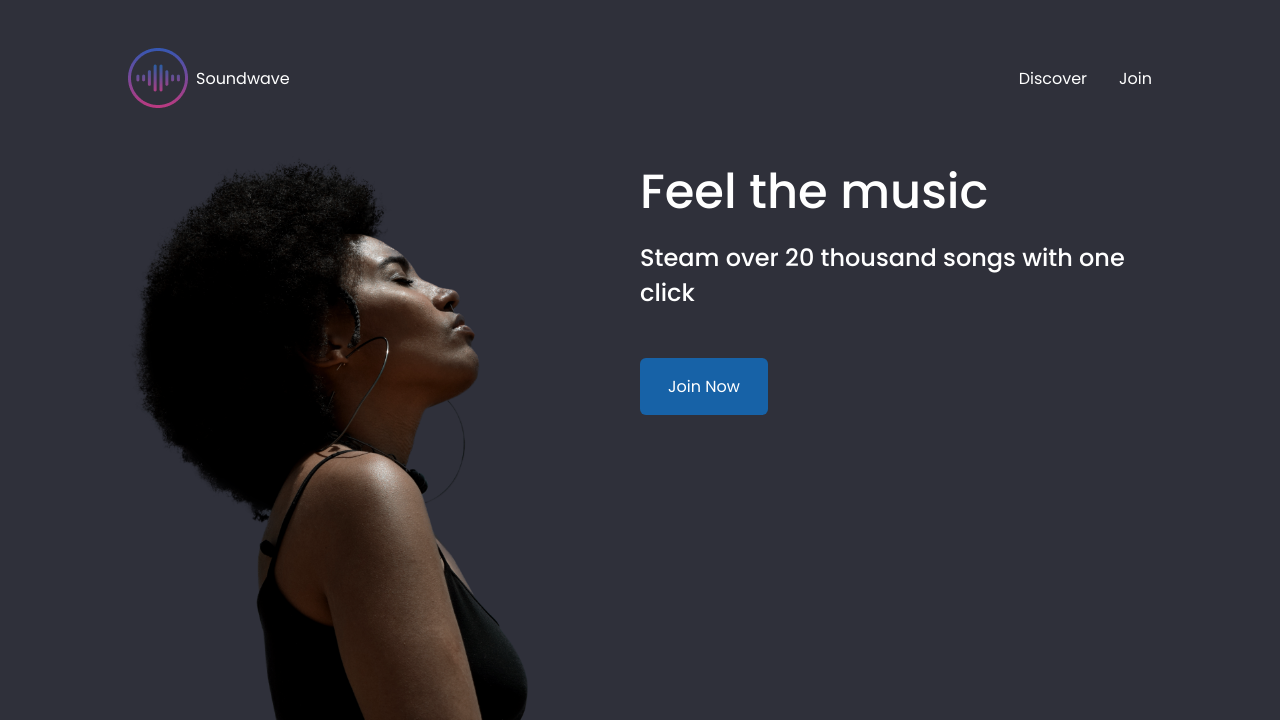
Repository: Hiiiij/soundwave
Page: pages/index.html
These files come from the project's save history. The page is drawn as it stood at one moment and after a run of saves; the edit follows.
The browser window is 1280 px wide. The pictures show the whole page.

Above is the page before, as saved 2020-06-30 13:27:21.

### pages/index.html
<!DOCTYPE html>
<html lang="en">
  <head>
    <meta charset="UTF-8" />
    <meta name="viewport" content="width=device-width, initial-scale=1.0" />
    <link rel="stylesheet" href="../style.css">
    <title>Soundwave</title>
  </head>
  <body class="main-container page-content">
    <header class="header">
        <!-- <div class="main-container"> -->
        <a href="/" class="logo">
          <img src="../assets/icons/logo.png" alt="logo-soundwave" />
          <span class="logotype">Soundwave</span>
        </a>
        <nav class="header-nav">
          <ul>
            <li>
              <a href="/pages/discover.html">Discover</a>
            </li>
            <li>
              <a href="/pages/join.html">Join</a>
            </li>
          </ul>
        </nav>
       <!-- </div>  -->
    </header>
    <section class="home-main">
      <div class="img-wrapper">
        <div class="img">
        </div>
      </div>

      <div class="heading">
        <h1 class="title">Feel the music</h1>
        <h2 class="subt">Steam over 20 thousand songs with one click</h2>
        <a href="/pages/join.html" class="button-primary">Join Now</a>
      </div>



    </section>
  </body>
</html>

### style.css
@import url("https://fonts.googleapis.com/css?family=Poppins:400,500,700");

*,
*::before,
*::after {
  box-sizing: border-box;
}

:root {
  /* colors  */
  --main-bg-color: #2f303a;
  --pink-circle: #3d3141;
  --blue-circle: #2f3446;
  --footer-bg: #202027;
  --primary-link-hover: #a07fe8;
  --button-primary: #1762a7;
  --button-hover: #3a90e1;
  --accent-text: #bc3a80;
  --primary-text: #ffffff;
  --link-hover: #ffb515;

  /* typography */
  --h4-font-size: 1rem;
  --h1-font-size: 3rem;
  --h2-font-size: 1.5rem;
  /* --accent-font-size: 1.25rem; */
  --btn-text: 0.75rem;
  --font-bold:500;

  /* breakpoitns */
  --xs-breakpoint: 0px;
  --sm-breakpoint: 600px;
  --md-breakpoint: 960px;
  --lg-breakpoint: 1280px;
  --xl-breakpoint: 1920px;
}

/* general style*/
body {
  padding: 0;
  margin: 0;
  font-family: "Poppins", sans-serif;
  background-color: var(--main-bg-color);
  color: var(--primary-text);
  font-size: var( --h4-font-size);
  min-height:100vh;
}

.page-content{
  display:flex;
  flex-direction:column;
}
.main-container{
  max-width: 80vw;
  max-height:100vh;
  margin:0 auto;
}

.header{
  display:flex;
  justify-content:space-between;
  align-items:center;
  /* height:8rem; */
  padding: 3rem 0;
}

.logo{
  display:flex;
  align-items:center;
  color:inherit;
  font-size: var(--h3-font-size);
  text-decoration:none;
}

.logotype{
  margin-left: .5rem;
}

.header-nav ul{
display: flex;
list-style:none;
margin:0;
padding:0;
}

.header-nav > ul > li:not(:last-child) {
  margin-right: 2rem;
}

.header-nav a {
text-decoration: none;
color: inherit;
}

.header-nav a:hover{
  color: var(--link-hover)
}

/* .heading{
  margin-top:0;
  margin-bottom: 0;
} */

.title{
  font-weight: var(--font-bold);
  font-size: var(--h1-font-size);
  margin-bottom: 0;
  margin-top:0;

}
 .subt{
   font-weight:var(--font-bold);
   font-size: var(--h2-font-size);
   margin-top: .75rem;
   margin-bottom:3rem;

 }
.button-primary {
  border:0;
  padding-top: 1rem;
  padding-bottom: 1rem;
  width: 8rem;
  display: inline-block;
  border-radius: 6px;
  background-color: var(--button-primary);
  text-align: center;
  color: var(--primary-text);
  text-decoration: none;

}

.home-main{
display:flex;
align-items:stretch;
flex-grow:1;
justify-content: space-between;
}

.home-main .img-wrapper{
display:flex;
flex-grow:1;
flex-direction: column;
align-items:stretch;
justify-content:flex-end;

}

.home-main .img{
  background-image: url(./assets/images/landing-page-girl.png);
  background-repeat: no-repeat;
  flex-grow:1;
  max-height: 80vh;
  min-width:40vw;
  background-size: contain;
   background-position: 0 bottom;
  align-items: center;
  justify-content: flex-end;

}
 /* .home-main .heading{
 display: flex;
 flex-direction:column;
 align-items:flex-start;
 align-self-center;
 margin:1 rem; */

After the next 3 saves:
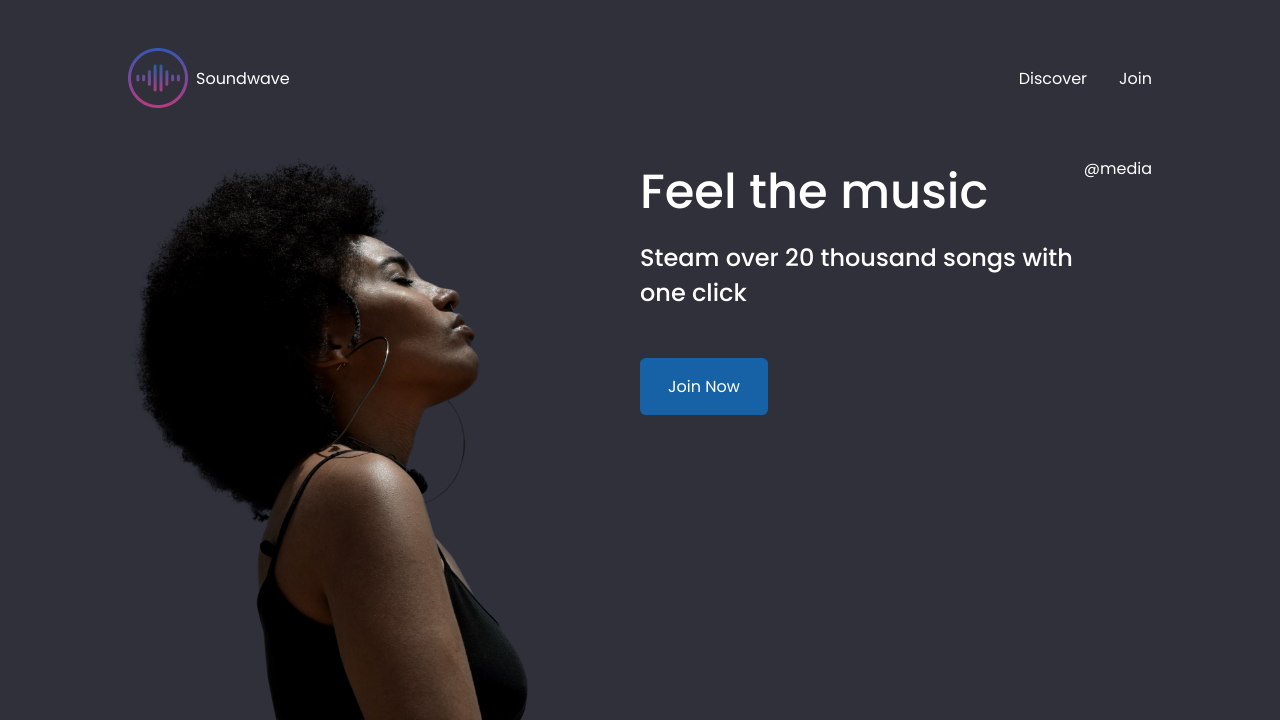
The 3 saves are shown as one change because they came seconds apart.
The last was saved 14 s later.
--- a/pages/index.html
+++ b/pages/index.html
@@ -37,7 +37,7 @@
         <a href="/pages/join.html" class="button-primary">Join Now</a>
       </div>
 
-
+    @media
 
     </section>
   </body>
